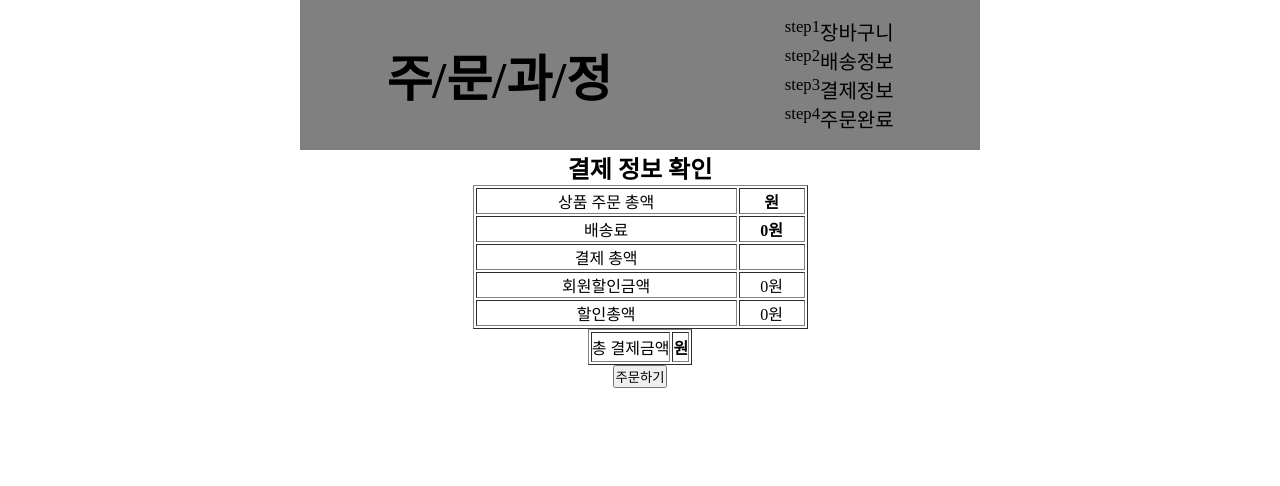
Repository: kym-1000/book
Page: http://localhost/book/WEB-INF/views/cart/pay.jsp
An editor plug-in stored every save of this project. The page is shown before and after the next save, followed by the edit.
The browser window is 1280 px wide. The pictures show the whole page.
The page is served by Tomcat 9. Nobody is signed in. Other server files are loaded and not shown. The template is opened directly, without the code that normally fills it, so the values that code supplies are empty.

Above is the page before, as saved 2023-01-03 07:06:20.

### book/book/src/main/webapp/WEB-INF/views/cart/pay.jsp
<%@ page language="java" contentType="text/html; charset=UTF-8"
    pageEncoding="UTF-8"%>
<!DOCTYPE html>
<html>
<head>
<meta charset="UTF-8">
<title>Insert title here</title>

<style type="text/css">
	*{
		margin: auto;
		padding: 0;
		}

	#pay{
		text-align: center;
		display : flex;
		align-items : center;

	}


</style>
</head>
<body>

	<jsp:include page="../cart/cartheader.jsp"></jsp:include>

	<h2 style="text-align: center;"> 결제 정보 확인</h2>

	<div id="pay">

	<form action="/cart/order" method="post">

               <table width="335" border="1">
                 <tbody>
                   <tr>
                     <td class="td1">상품 주문 총액  </td>
                     <td class="td2"><strong><span >${sum}</span>원</strong></td>
                   </tr>
                   <tr>
                     <td class="td1">배송료</td>
                     <td class="td2"><strong><span >0</span>원</strong></td>
                   </tr>
                   <tr>
                     <td class="td1">결제 총액</td>
                     <td class="td2"><strong>${sum}</strong></td>
                   </tr>
                   <tr>
                     <td class="td1">회원할인금액</td>
                     <td class="td2"><span>0</span>원</td>
                   </tr>
                     <tr>
                     <td class="td1">할인총액</td>
                     <td class="td2"><span>0</span>원</td>
                   </tr>

                 </tbody>
               </table>

            <table  border="1">
               <tbody>
                 <tr>
                  <td height="28" >총 결제금액</td>
                  <td height="28" ><strong><span >${sum}</span>원</strong></td>
                 </tr>
            	</tbody>
            </table>

            <button type="submit" id="btn" >주문하기</button>

		</form>

		</div>



</body>
</html>

### book/book/src/main/webapp/WEB-INF/views/cart/cartheader.jsp
<%@ page language="java" contentType="text/html; charset=UTF-8"
    pageEncoding="UTF-8"%>
<%@ taglib uri="http://java.sun.com/jsp/jstl/core" prefix="c" %>
<!DOCTYPE html>
<html>
<head>
<meta charset="UTF-8">
<title>Insert title here</title>
<style type="text/css">

	#pagetop{
		margin-left: 300px;
		margin-right: 300px;
	    background-color: grey;
	    font-size: 20px;
		height: 150px;
		display : flex;
	  	/* justify-content : center; */
	  	align-items : center;
	}

</style>
</head>
<body>

	<div id="pagetop">
		<h2 style="text-align: left; font-size: 50px">
			주/문/과/정
		</h2>
		<div style="text-align: right;">

		<c:choose >
		<c:when test="${msg eq 1}">
		<div style="color: red">
		<sup>step1</sup>장바구니
		</div>
		</c:when>
		<c:otherwise>
		<div>
		<sup>step1</sup>장바구니
		</div>
		</c:otherwise>
		</c:choose>

		<c:choose>
		<c:when test="${msg eq 2}">
		<div style="color: red">
		<sup>step2</sup>배송정보
		</div>
		</c:when>
		<c:otherwise>
		<div>
		<sup>step2</sup>배송정보
		</div>
		</c:otherwise>
		</c:choose>

		<c:choose>
		<c:when test="${msg eq 3}">
		<div style="color: red">
		<sup>step3</sup>결제정보
		</div>
		</c:when>
		<c:otherwise>
		<div>
		<sup>step3</sup>결제정보
		</div>
		</c:otherwise>
		</c:choose>

		<c:choose>
		<c:when test="${msg eq 4}">
		<div style="color: red">
		<sup>step4</sup>주문완료
		</div>
		</c:when>
		<c:otherwise>
		<div>
		<sup>step4</sup>주문완료
		</div>
		</c:otherwise>
		</c:choose>

		</div>
	</div>

</body>
</html>

After the next save:
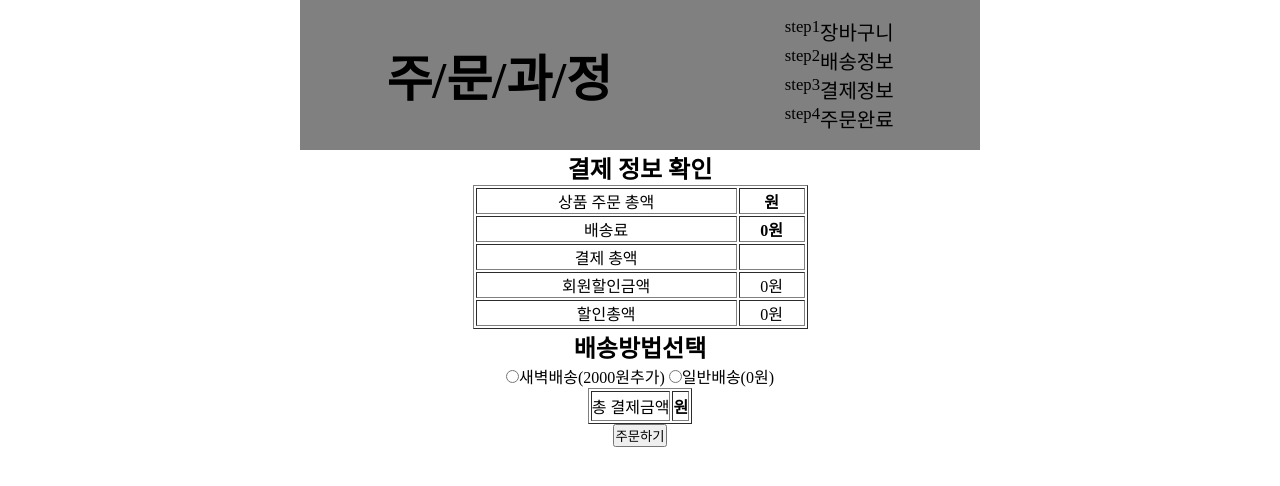
Saved 15 min 38 s later.
--- a/book/book/src/main/webapp/WEB-INF/views/cart/pay.jsp
+++ b/book/book/src/main/webapp/WEB-INF/views/cart/pay.jsp
@@ -58,6 +58,20 @@
                  </tbody>
                </table>
 
+               <h2 style="text-align: center;">배송방법선택</h2>
+
+		<div id="productprice" style="text-align: center;">
+				<input type='radio'
+				       name='delivery'
+				       value='2000'
+				       onclick='getdeliveryPrice(event)'/>새벽배송(2000원추가)
+				<input type='radio'
+				       name='delivery'
+				       value='0'
+				       onclick='getdeliveryPrice(event)'/>일반배송(0원)
+				<div id='result'></div>
+		</div>
+
             <table  border="1">
                <tbody>
                  <tr>
